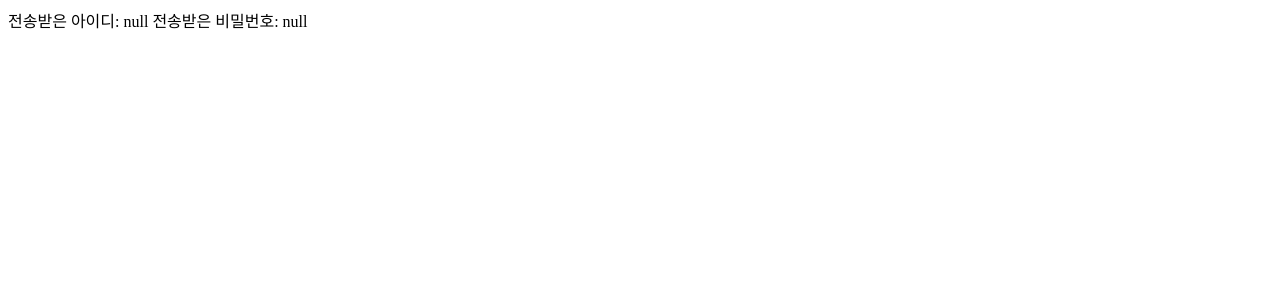
Repository: jungreul97/jsp_pracitce
Page: http://localhost/JSPBasic/JspObject/1.requests/req_param_getpost.jsp
An editor plug-in stored every save of this project. The page is shown before and after the next save, followed by the edit.
The browser window is 1280 px wide. The pictures show the whole page.
The page is served by Tomcat 9.

Above is the page before, as saved 2022-02-03 05:39:43.

### JSPBasic/src/main/webapp/JspObject/1.requests/req_param_getpost.jsp
<%@ page language="java" contentType="text/html; charset=UTF-8"
    pageEncoding="UTF-8"%>

<%
	// name = "apple"에 딸려온 데이터 조회
	String id = request.getParameter("apple");
	// name = "banana"에 딸려온 데이터를 변수 pw에 저장 후 body에 출력해 보세요.
	String pw = request.getParameter("banana");
%>
<!DOCTYPE html>
<html>
<head>
<meta charset="UTF-8">
<title>Insert title here</title>
</head>
<body>
	전송받은 아이디: <%= id %>
	전송받은 비밀번호: <%= pw %>
</body>
</html>

After the next save:
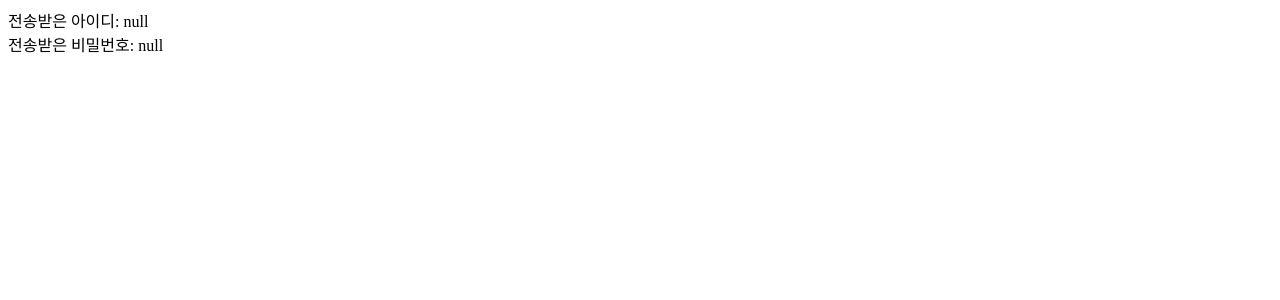
Saved 6 s later.
--- a/JSPBasic/src/main/webapp/JspObject/1.requests/req_param_getpost.jsp
+++ b/JSPBasic/src/main/webapp/JspObject/1.requests/req_param_getpost.jsp
@@ -14,7 +14,7 @@
 <title>Insert title here</title>
 </head>
 <body>
-	전송받은 아이디: <%= id %>
+	전송받은 아이디: <%= id %><br/>
 	전송받은 비밀번호: <%= pw %>
 </body>
 </html>
